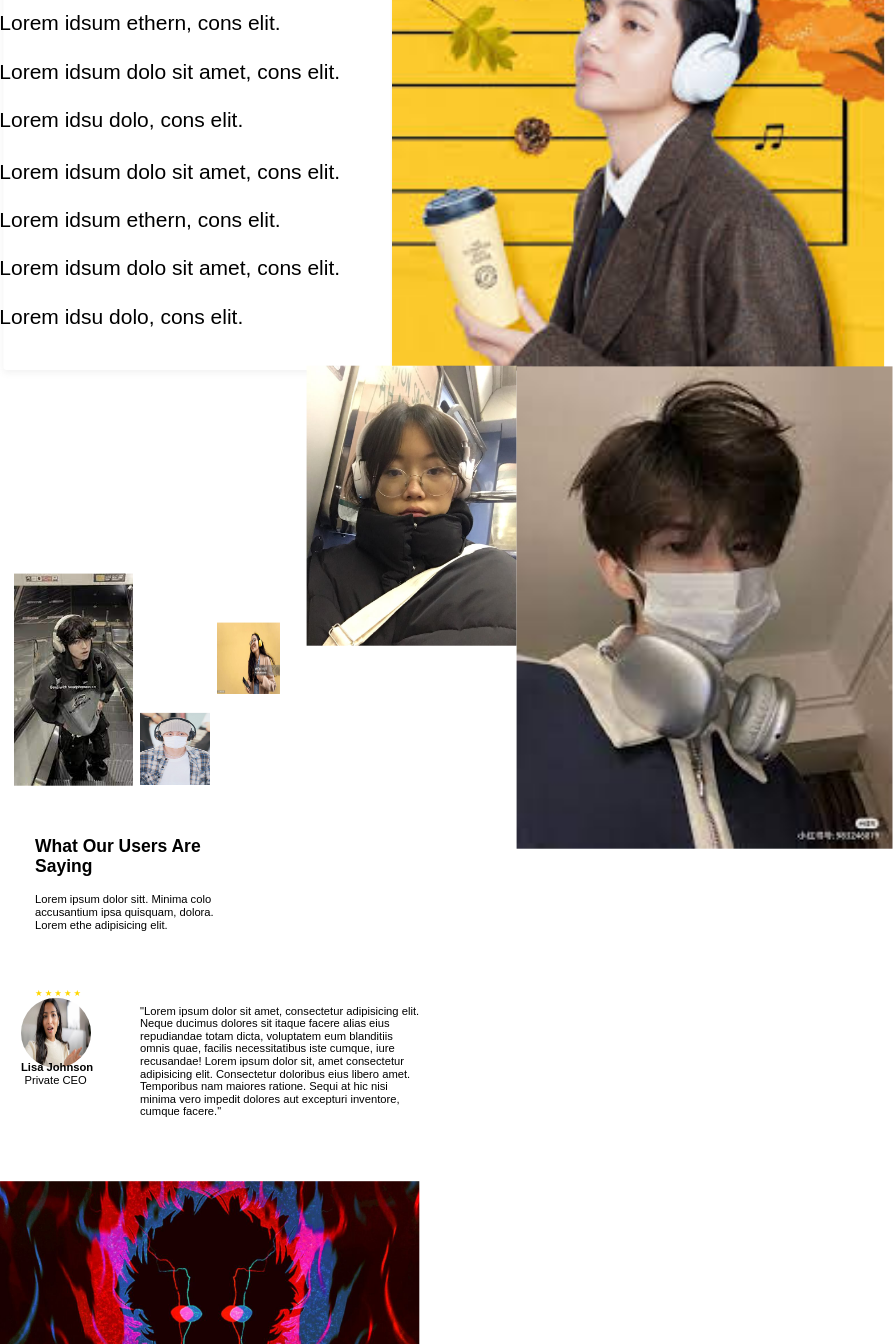
Repository: Femi007-gh/headphones
Page: index.html
The author's editor kept a copy of each file at every save. The page is drawn from the files as they stood at one save, then again after a run of saves.
The browser window is 1280 px wide. The pictures show the part of the page from y = 4088 to 6008 px (the page is 6375 px tall), at 70% of full size.

Above is the page before, as saved 2025-03-03 09:43:53.

### index.html
<html>
    <head>
        <title>CSS Project</title>
        <link rel="stylesheet" href="style.css">
    </head>

    <body>
        <div class="whole-div">
          <div>
            <img class="hp1" src="man-hp1.jpg">
                <nav class="navbar">
                  <div class="my-app">EchoEdge</div>
                  <div class="search-bar">
                      <input type="text" placeholder="Search">
                  </div>
                  <div class="nav-links">
                      <a href="#">About</a>
                      <a href="#">Partners</a>
                      <button class="shop">Shop</button>
                  </div>
                </nav>
                <h1 class="head1">Elevate Your</h1>
                <h1 class="head1">Sounds</h1>
                <h1 class="head1">Experience</h1>
                <p class="para1">Lorem ipsum, dolor sit amet n nobis, doloribus.  n nobis, doloribus.</p>

                <p class="para2">
                  Crystal-clear audio
                </p>
                <p class="para3">Noise cancellation</p>
             </div>

            <div class="div1">
              <img class="hp2" src="hp.jpg">
            </div>
            <h1 class="head2">EchoSphere</h1>
            <p class="lorem1">Lorem ipsum dolor sit amet consectetur elit. Commodi magnam magni impedit provident.</p>

            <div class="group1">
              <div class="dot1"></div>
              <p class="black">Blue</p>
            </div>

            <div class="group2">
              <div class="dot2"></div>
              <p class="blue">Black</p>
            </div>
            <div class="group3">
              <div class="dot3"></div>
              <p class="purple">Red</p>
            </div>
            <p class="lorem2">Lorem ipsum dolor sit amet consectetur adipisicing elit. Laborum voluptatum hic numquam.</p>
            <h1 class="dollar">$120.00</h1>
            <button class="but1">Order Now</button>

            <div class="box1">
              <img class="hp1-1" src="hp2.jpg">
            </div>
            <div class="box2">
              <img class="hp2-2" src="hp3.jpg">
            </div>
            <div class="box3">
              <img class="hp3-3" src="hp1.jpg">
            </div>

            <div class="div2"></div>
            <div class="div2-2">
              <img class="person" src="woman-hp1.jpg">
            </div>
            <p class="active">1. Active Noise Cancellation</p>
            <p class="lorem3">Lorem ipsum sit amet elit. Facere ali
              prehenderit eius repellat beatae excepturi.</p>

            <p class="activ">2. Bluetooth 5.2 Connectivity</p>

            <p class="lorem4">Lorem ipsum sit amet elit. Facere ali
              prehenderit eius repellat beatae excepturi.</p>

              <p class="activ">3. High-Definition Sound Driver</p>

              <p class="lorem4">Lorem ipsum sit amet elit. Facere ali.</p>

                <p class="activ">4. 30-Hour Battery Life</p>

                <p class="lorem4">Lorem ipsum sit amet elit. Facere ali
                  prehende reatae excepturi.</p>


            <div class="div3">
              <img class="hp4-4" src="woman-hp4.jpg">
              <p class="lorem7">Lorem ipsum dolor, adipisicing elit. Alias coid harum incidunt.
                sorem ipsum dolor, adipisicing elit. Alias coid harum elit incidunt.</p>
              <p class="lorem9">Alias coid harum elit incidunt.</p>
            </div>
            <div class="div4"></div>
            <div class="div4-4">
              <img class="hp6-6" src="man-hp5.jpg">
            </div>
            <h2 class="head3">See The EchoEdge In Action</h2>
            <p class="lorem10">Lorem idsum dolo sit amet, cons elit.</p>
            <p class="lorem11">Lorem idsum ethern, cons elit.</p>
            <p class="lorem12">Lorem idsum dolo sit amet, cons elit.</p>
            <p class="lorem13">Lorem idsu dolo, cons elit.</p>

            <p class="lorem14">Lorem idsum dolo sit amet, cons elit.</p>
            <p class="lorem15">Lorem idsum ethern, cons elit.</p>
            <p class="lorem16">Lorem idsum dolo sit amet, cons elit.</p>
            <p class="lorem17">Lorem idsu dolo, cons elit.</p>

            <div>
              <img class="cat" src="man-hp3.jpg">
            </div>
            <img class="hp7-7" src="woman-hp2.jpg">
            <p><img class="hp5" src="man-hp4.jpg"></p>
            <p><img class="hp8" src="woman-hp3.jpg"></p>
            <p><img class="hp9" src="man-hp2.jpg"></p>
            <p class="para4">What Our Users Are Saying</p>
              <p class="lorem1-1">Lorem ipsum dolor sitt. Minima colo
                accusantium ipsa quisquam, dolora.</p>
                <p class="lorem2-2">Lorem ethe adipisicing elit.</p>
                <div class="stars">★★★★★</div>
                <img class="circle-image" src="woman-hp5.jpg">
                <p class="lorem3-3">"Lorem ipsum dolor sit amet, consectetur adipisicing elit. Neque ducimus dolores sit itaque facere alias eius repudiandae totam dicta, voluptatem eum blanditiis omnis quae, facilis necessitatibus iste cumque, iure recusandae! Lorem ipsum dolor sit, amet consectetur adipisicing elit. Consectetur doloribus eius libero amet. Temporibus nam maiores ratione. Sequi at hic nisi minima vero impedit dolores aut excepturi inventore, cumque facere."</p>
                <p class="lisa">Lisa Johnson</p>
                <p class="work">Private CEO</p>
                <p class="quote"></p>
                <div class="div5">
                  <img class="mashmello" src="Phonk.jpg">
                </div>
            <p class="para5">Subscribe to our newsletter</p>
            <p class="mash">Headphones are not to be used all the time.</p>
            <p class="mello">Take breaks from them when necessary to avoid bursting of eardrum.</p>
            <p class="message">Availble 10 percent discount this black friday</p>
                <div class="subscribe-container">
                  <input type="email" placeholder="Enter email">
                  <button>Subscribe</button>
        </div>
    </body>
</html>

### style.css
  body{
    font-family: Arial;
  }
  .whole-div{
    background-color: white;
    width: 600px;
    height: 310px;
    margin-left: -8px;
  }
  .hp1{
    width: 1260px;
    height: 1250px;
    margin-top: -25px;
  }
  .navbar {
    display: flex;
    justify-content: space-between;
    align-items: center;
    margin-top: -520px;
    padding: 10px 20px;
    font-family: Arial;
    font-size: 60px;
    width: 200px;
    margin-top: -1200px;
  }
  .my-app {
    font-weight: bold;
    color: aquamarine;
  }
  .search-bar input {
    padding: 5px;
    border: 1px solid #fff;
    height: 60px;
    width: 280px;
    background-color: rgb(72, 72, 234);
  }
  .nav-links {
    display: flex;
    gap: 15px;
  }
  .nav-links a {
    text-decoration: none;
    color: aquamarine;
    font-weight: bold;
  }
  .shop {
    background-color: rgb(74, 74, 234);
    color: white;
    padding: 5px 10px;
    padding-left: 20px;
    padding-right: 20px;
    border-color: white;
    cursor: pointer;
    width: 150px;
  }
  .head1{
  color: blue;
  margin-left: 30px;
  font-size: 60px;
  }
  .para1{
  color: rgb(240, 48, 186);
  width: 300px;
  margin-left: 30px;
  font-size: 40px;
  }
  .para2{
  color: aquamarine;
  margin-left: 30px;
  margin-top: 70px;
  font-size: 40px;
  }
  .para3{
  color: rgb(240, 215, 48);
  margin-left: 30px;
  font-size: 40px;
  }

  .div1{
  background-color: #fff;
  width: 600px;
  height: 500px;
  margin-top: 300px;
  margin-left: -30px;
  }
  .hp2{
  width: 800px;
  height: 680px;
  margin-top: 13px;
  margin-left: 30px;
  }
  .head2{
  margin-top: -460px;
  margin-left: 850px;
  font-size: 60px;
  color: blue;
  }
  .lorem1{
  margin-left: 850px;
  width: 350px;
  font-size: 30px;
  }
  .group1{
  background-color: white;
  width: 80px;
  height: 30px;
  margin-left: 850px;
  box-shadow: 10px 10px 20px rgba(0, 0, 0, 0.2);
  }
  .dot1{
    width: 20px;
    height: 20px;
    margin-left: 2px;
    margin-top: 4px;
    background-color: blue;
    border-radius: 50%;
    display: inline-block;
  }
  .black{
  margin-left: 25px;
  margin-top: -16px;
  font-size: 13px;
  }
  .group2{
  background-color: white;
  width: 80px;
  height: 30px;
  margin-left: 980px;
  box-shadow: 10px 10px 20px rgba(0, 0, 0, 0.2);
  margin-top: -30px;
  }
  .dot2{
    width: 20px;
    height: 20px;
    margin-left: 2px;
    margin-top: 4px;
    background-color: black;
    border-radius: 50%;
    display: inline-block;
  }
  .blue{
  margin-left: 25px;
  margin-top: -16px;
  font-size: 13px;
  }
  .group3{
    background-color: white;
    width: 80px;
    height: 30px;
    margin-left: 1120px;
    box-shadow: 10px 10px 20px rgba(0, 0, 0, 0.2);
    margin-top: -30px;
  }
  .dot3{
    width: 20px;
    height: 20px;
    margin-left: 2px;
    margin-top: 4px;
    background-color: red;
    border-radius: 50%;
    display: inline-block;
  }
  .purple{
  margin-left: 25px;
  margin-top: -16px;
  font-size: 13px;
  }
  .lorem2{

  margin-left: 850px;
  width: 350px;
  font-size: 30px;
  }
  .dollar{
  margin-left: 850px;
  margin-top: -10px;
  font-size: 40px;
  }
  .but1{
  margin-left: 1100px;
  margin-top: -80px;
  background-color: rgb(234, 234, 34);
  width: 100px;
  height: 50px;
  }
  .box1 {
      width: 120px;
      height: 100px;
      border: 2px solid black;
      background-color: white;
      margin-left: 840px;
      margin-top: -20px;
  }
  .hp1-1{
    width: 100px;
    height: 100px;
    margin-top: 0px;
  }

  .box2 {
    width: 120px;
    height: 100px;
    border: 2px solid black;
    background-color: white;
    margin-left: 955px;
    margin-top: -104px;
  }
  .hp2-2{
  width: 100px;
  height: 100px;
  margin-top: 0px;
  }

  .box3 {
      width: 120px;
      height: 100px;
      border: 2px solid black;
      background-color: white;
      margin-left: 1075px;
      margin-top: -104px;
  }
  .hp3-3{
  width: 100px;
  height: 100px;
  margin-top: 0px;
  }

  .div2{
  background-color: #fff;
  width: 600px;
  height: 500px;
  margin-top: 70px;
  }
  .div2-2{
  width: 1259px;
  height: 570px;
  margin-top: -571px;
  border: 2px solid rgba(215, 214, 214, 0.772);
  background-color: white;
  }
  .active{
  margin-left: 10px;
  margin-top: -570px;
  font-weight: bold;
  font-size: 35px;
  }
  .lorem3{
  width: 555px;
  margin-left: 10px;
  font-size: 30px;
  margin-top: -30px;
  }

  .activ {
    font-weight: bold;
    font-size: 35px;
    margin-top: -10px;
  }

  .lorem4 {
  width: 555px;
  margin-left: 10px;
  font-size: 30px;
  margin-top: -30px;
  }

  .lorem5{
  width: 145px;
  margin-left: 10px;
  margin-top: 25px;
  font-size: 12px;
  }
  .lorem6{
  width: 145px;
  margin-left: 220px;
  margin-top: -55px;
  font-size: 20px;
  }
  #text{
  margin-left: 180px;
  }
  .person{
  width: 740px;
  margin-left: 519px;
  height: 570px;
  }
  .hp4-4{
  width: 1265px;
  height: 1450px;
  margin-top: -14px;
  }
  .lorem7{
  color: white;
  margin-top: -87px;
  margin-left: 100px;
  }
  .lorem8{
  color: white;
  margin-left: 120px;
  margin-top: -10px;
  font-size: 13px;
  }
  .lorem9{
  color: white;
  font-size: 13px;
  margin-left: 220px;
  margin-top: -10px;
  }
  .div4{
  background-color: white;
  width: 600px;
  height: 1000px;
  }
  .div4-4{
  width: 553px;
  max-width: 800px;
  margin-top: -950px;
  margin-left: 5px;
  height: 667px;
  background-color: white;
  border-radius: 4px;
  box-shadow: 0px 4px 10px rgba(120, 120, 120, 0.1);
  }
  .head3{
  margin-top: -630px;
  margin-left: 50px;
  }
  .lorem10{
  margin-left: 70px;
  margin-top: -10px;
  }
  .lorem11{
  margin-left: 70px;
  margin-top: -15px;
  }
  .lorem12{
  margin-left: 70px;
  margin-top: -15px;
  }

  .lorem13 {
    margin-left: 70px;
    margin-top: -15px;
    margin-bottom: 200px;
  }

  .lorem14{
    margin-left: 70px;
    margin-top: -10px;
    }
    .lorem15{
    margin-left: 70px;
    margin-top: -15px;
    }
    .lorem16{
    margin-left: 70px;
    margin-top: -15px;
    }

    .lorem17 {
      margin-left: 70px;
      margin-top: -15px;
      margin-bottom: 200px;
    }

  .hp6-6{
  width: 703px;
  margin-left: 555px;
  margin-top: -35px;
  background-color: white;
  }
  .cat{
  width: 170px;
  margin-top: 150px;
  margin-left: 20px;
  }
  .hp7-7{
  width: 300px;
  height: 400px;
  margin-top: -600px;
  margin-left: 438px;
  }
  .hp5{
  width: 100px;
  height: 103px;
  margin-left: 200px;
  margin-top: -120px;
  }
  .hp8{
  width: 90px;
  height: 102px;
  margin-left: 310px;
  margin-top: -265px;
  }
  .hp9{
  width: 537px;
  height: 689;
  margin-top: -647px;
  margin-left: 738px;
  }

  .para4{
  font-weight: bold;
  font-size: 25px;
  margin-top: -35px;
  margin-left: 50px;
  width: 300px;
  }
  .lorem1-1{
  width: 300px;
  margin-left: 50px;
  }
  .lorem2-2{
  margin-left: 50px;
  margin-top: -15px;
  }
  .stars {
    font-size: 12px;
    color: gold;
    letter-spacing: 3px;
    margin-left: 50px;
    margin-top: 80px;
  }
  .circle-image{
  width: 100px;
  height: 100px;
  border-radius: 160px;
  margin-left: 30px;
  }
  .lorem3-3{
  margin-left: 200px;
  margin-top: -90px;
  }
  .lisa{
  margin-top: -98px;
  margin-left: 30px;
  font-weight: bold;
  }
  .work{
  margin-left: 35px;
  margin-top: -15px;
  }
  .mashmello{
  margin-top: 35px;
  width: 599px;
  }
  .para5{
  color: white;
  margin-top: -300px;
  margin-left: 170px;
  font-size: 20px;
  font-weight: bold;
  }
  .div5{
  margin-top: 100px;
  }
  .mash{
  color: #00E5FF;
  margin-left: 200px;
  }
  .mello{
  color: #B0B0B0;
  margin-left: 130px;
  margin-top: -15;
  }
  .message{
  color: #FF1493;
  margin-left: 200px;
  margin-top: -15px;
  }

  .subscribe-container {
    display: flex;
    background: rgba(255, 255, 255, 0.1);
    padding: 10px;
    border-radius: 8px;
    margin-top: 65px;
    margin-left: 130px;
  }
  input {
    background: transparent;
    border: 1px solid white;
    padding: 10px;
    color: white;

    width: 200px;
  }
  input::placeholder {
    color: rgba(255, 255, 255, 0.7);
  }
  button {
    background: transparent;
    border: 1px solid white;
    color: white;
    padding: 10px;
    cursor: pointer;
    margin-left: 10px;
  }
  button:hover {
    background: white;
    color: black;
  }

  .lorem10, .lorem11, .lorem12,.lorem13, .head3, .lorem14, .lorem15, .lorem16, .lorem17 {
     font-size: 30px;
  }
  .lorem10, .lorem11, .lorem12,.lorem13, .lorem14, .lorem15, .lorem16, .lorem17 {
    margin-left: -1px;
  }
  .lorem10, .lorem11, .lorem12, .lorem13, .lorem14, .lorem15, .lorem16 {
    margin-bottom: 50px;
  }

After the next 2 saves:
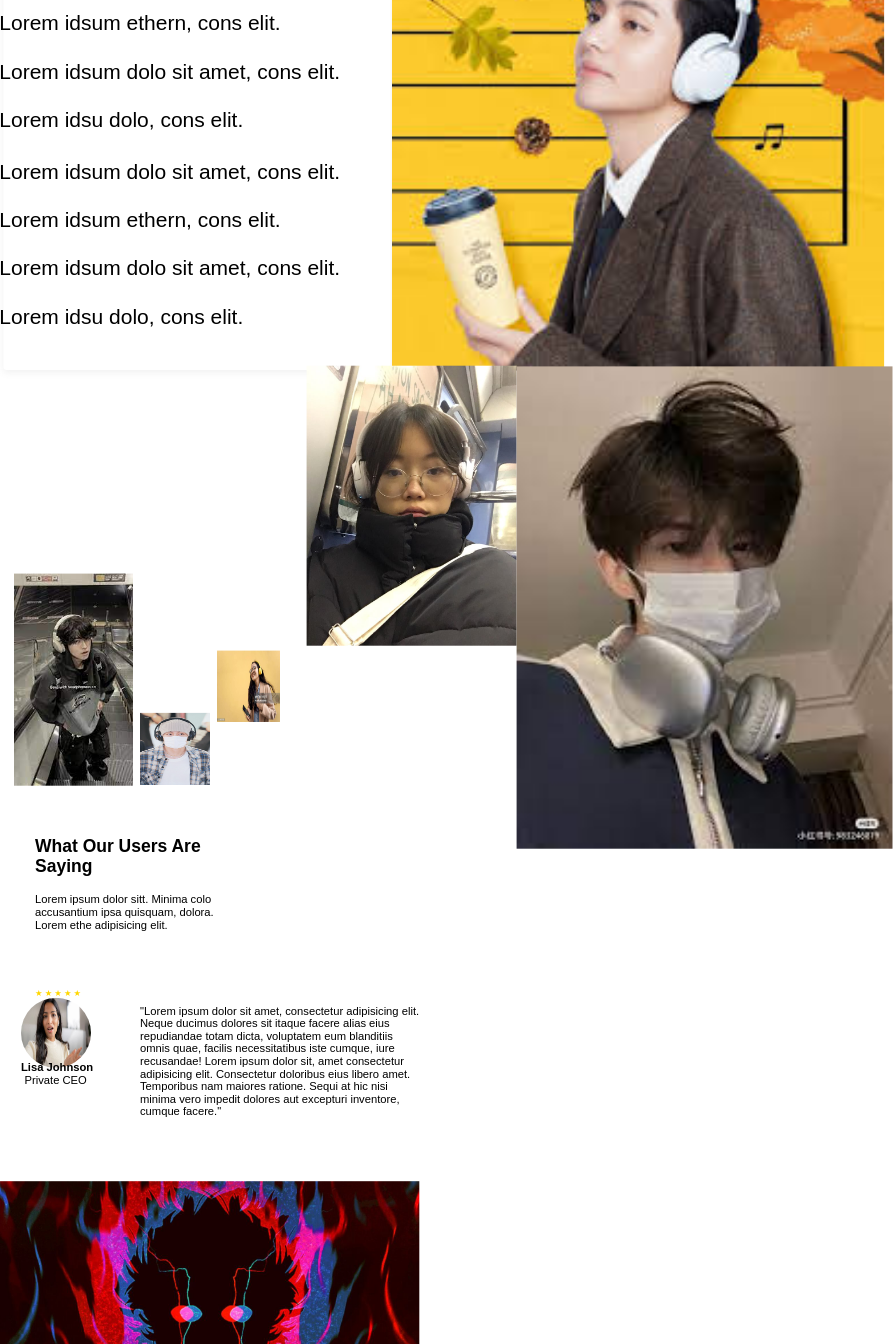
The 2 saves are shown as one change because they came seconds apart.
The last was saved 7 s later.
--- a/style.css
+++ b/style.css
@@ -390,7 +390,7 @@
   width: 90px;
   height: 102px;
   margin-left: 310px;
-  margin-top: -265px;
+  margin-top: -225px;
   }
   .hp9{
   width: 537px;
